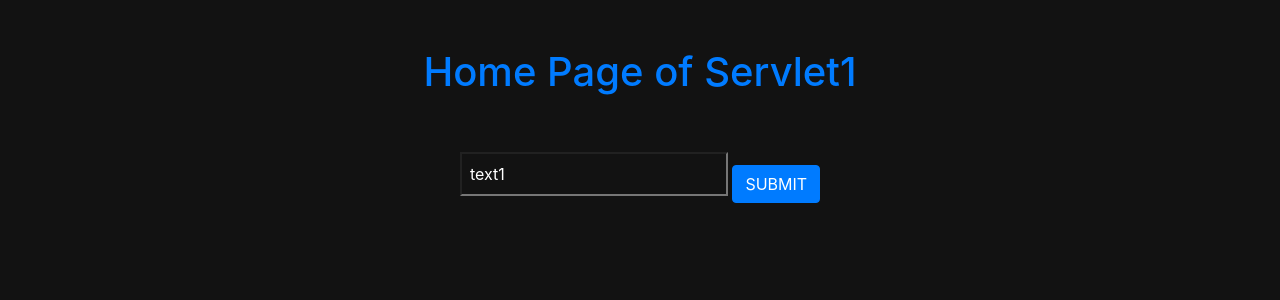
Repository: Gouravgilhare/Servlet
Page: http://localhost/SERVLET1/
An editor plug-in stored every save of this project. The page is shown before and after the next save, followed by the edit.
The browser window is 1280 px wide. The pictures show the whole page.
The page is served by Tomcat 10.

Above is the page before, as saved 2025-07-16 11:57:06.

After the next save:
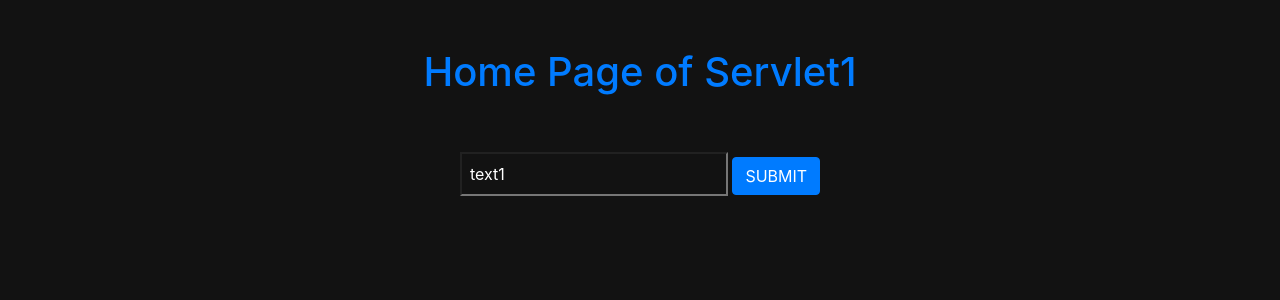
Saved 9 s later.
--- a/SERVLET1/src/main/webapp/index.jsp
+++ b/SERVLET1/src/main/webapp/index.jsp
@@ -19,7 +19,7 @@
             <form action="<%= application.getContextPath() %>/third" method="POST">
 
             	<input type="text" class = "p-2 mt-5" value="text1" placeholder ="Enter Text">
-            	<input type="submit" class = "btn mt-3 btn-primary" value="SUBMIT" placeholder ="SUBMIT">
+            	<input type="submit" class = "btn  btn-primary" value="SUBMIT" placeholder ="SUBMIT">
             </form>
         </div>
     </div>
